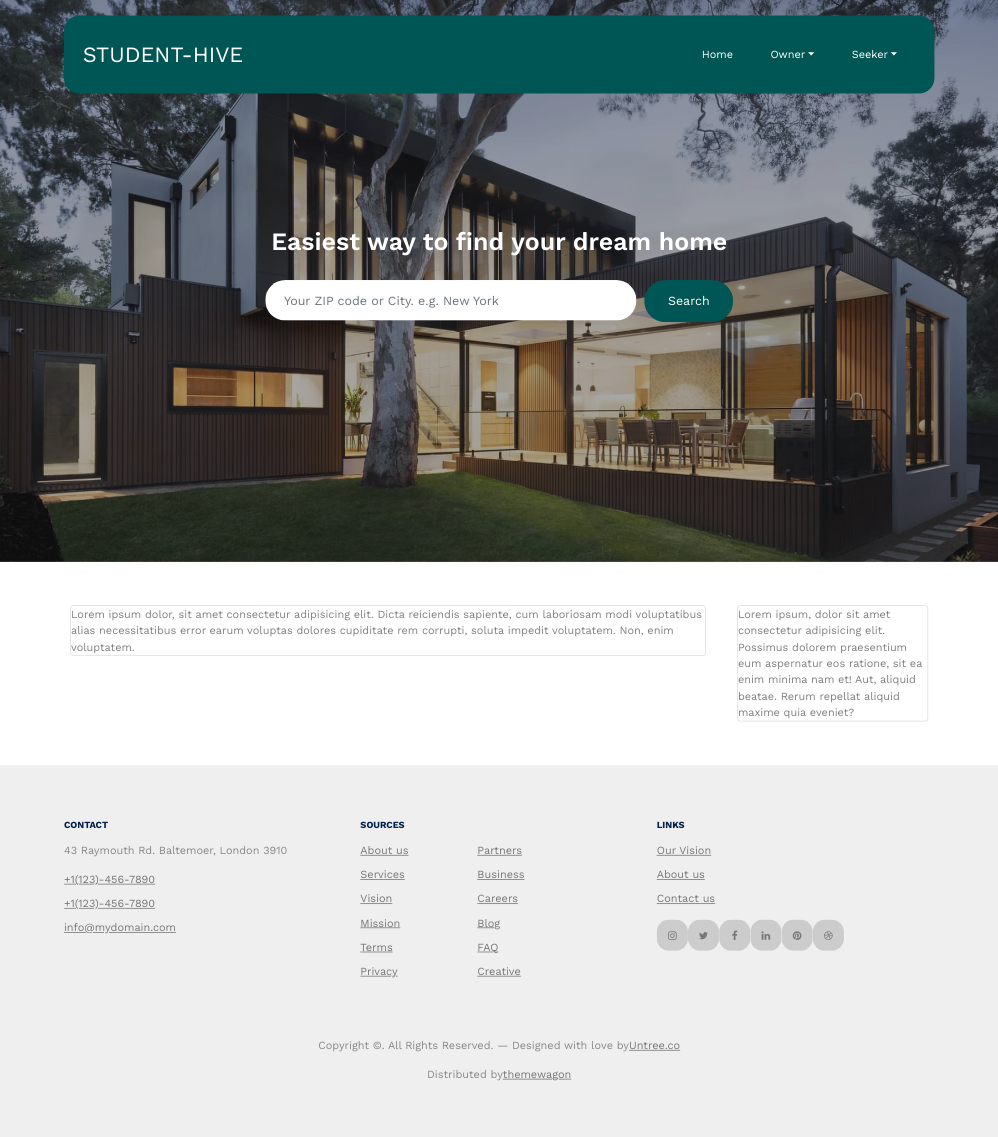
Repository: Farhan0021/Rentalproject
Page: /details (app in front/)
An editor plug-in stored every save of this project. The page is shown before and after the next save, followed by the edit.
The browser window is 1280 px wide. The pictures show the whole page, at 78% of full size.
The project was rebuilt for these pictures with package versions that can differ from the ones it lists, and the page was loaded fresh each time. Also part of the build but not shown: front/vite.config.js, front/src/pages/Home.jsx, front/src/pages/seekers/Login.jsx, front/src/schema/SeekerSignupSchema.jsx, front/src/pages/seekers/Signup.jsx, front/src/pages/owner/Login.jsx, front/src/schema/OwnerSignupSchema.jsx, front/src/pages/owner/Signup.jsx.

Above is the page before, as saved 2025-04-30 22:20:14.
Console error: TypeError: Cannot read properties of null (reading 'style')

### front/index.html
<!doctype html>
<html lang="en">
  <head>
    <meta charset="UTF-8" />
    <link rel="icon" type="image/svg+xml" href="/vite.svg" />
    <meta name="viewport" content="width=device-width, initial-scale=1.0" />
    <title>Vite + React</title>
    <link rel="preconnect" href="https://fonts.googleapis.com" />
    <link rel="preconnect" href="https://fonts.gstatic.com" crossorigin />
    <link
      href="https://fonts.googleapis.com/css2?family=Work+Sans:wght@400;500;600;700&display=swap"
      rel="stylesheet"
    />

    <link rel="stylesheet" href="/Assets/fonts/icomoon/style.css" />
    <link rel="stylesheet" href="/Assets/fonts/flaticon/font/flaticon.css" />

    <link rel="stylesheet" href="/Assets/css/tiny-slider.css" />
    <link rel="stylesheet" href="/Assets/css/aos.css" />
    <link rel="stylesheet" href="/Assets/css/style.css" />
  </head>
  <body>
    <div id="root"></div>
    <script type="module" src="/src/main.jsx"></script>

    <script src="/Assets/js/bootstrap.bundle.min.js"></script>
    <script src="/Assets/js/tiny-slider.js"></script>
    <script src="/Assets/js/aos.js"></script>
    <script src="/Assets/js/navbar.js"></script>
    <script src="/Assets/js/counter.js"></script>
    <script src="/Assets/js/custom.js"></script>
  </body>
  </body>
</html>

### front/src/main.jsx
import { StrictMode } from 'react'
import { createRoot } from 'react-dom/client'
import App from './App'
import { BrowserRouter } from 'react-router-dom'


createRoot(document.getElementById('root')).render(
  <StrictMode>
    <BrowserRouter>
    <App />
    </BrowserRouter>
  </StrictMode>,
)

### front/src/App.jsx
import React from 'react'
import HeaderNew from './components/HeaderNew'
import Slider from './components/Slider'
import Footer from './components/Footer'
import AllRoutes from './routes/AllRoutes'

const App = () => {
  return (
    <>

    {/* <Header/> */}
    <HeaderNew/>
    <Slider/>
    <AllRoutes/>
    <Footer/>

     </>
  )
}

export default App

### front/src/components/HeaderNew.jsx
import React from'react'
import {NavLink} from 'react-router-dom'

const HeaderNew = () => {
    return (

    <div className="container fixed-top" style={{top:"20px" }}>
     <nav className='navbar navbar-expand-sm navbar-dark bg-green p-4' style={{borderRadius : "20px"}}>
          <NavLink className="navbar-brand" style={{fontSize : "28px"}} to='/'>STUDENT-HIVE</NavLink>
              <button className='navbar-toggler' data-bs-toggle="collapse" data-bs-target="#menu">
                 <span className='navbar-toggler-icon'></span>
              </button>
         <div className='collapse navbar-collapse justify-content-end' id='menu'>
             <ul className='nav navbar-nav'>

                  <li className='nav-item '>
                     <NavLink className="nav-link px-4 " to="/">Home</NavLink>
                    </li>
                <li className='nav-item dropdown'>
                        <a data-bs-toggle="dropdown" className="nav-link px-4 dropdown-toggle" href="#">Owner</a>
                        <div className="dropdown-menu" >
                            <NavLink className="dropdown-item" to="/owner/login">Login</NavLink>
                            <NavLink className="dropdown-item" to="/owner/signup">SignUp</NavLink>
                        </div>

                    </li>


                    <li className='nav-item dropdown'>
                        <a data-bs-toggle="dropdown" className="nav-link px-4 dropdown-toggle" href="#">Seeker</a>
                        <div className="dropdown-menu" >
                            <NavLink className="dropdown-item" to="/seeker/login">Login</NavLink>
                            <NavLink className="dropdown-item" to="/seeker/signup">SignUp</NavLink>
                        </div>

                    </li>


                </ul>
             </div>

             </nav>
       </div>
    )
}

export default HeaderNew

### front/src/components/Slider.jsx
import React from 'react'

const Slider = () => {
    return (
        <div className="hero">
        <div className="hero-slide">
          <div
            className="img overlay"
            style={{backgroundImage: "url('/Assets/images/hero_bg_3.jpg')"}}
          ></div>

        </div>

        <div className="container">
          <div className="row justify-content-center align-items-center">
            <div className="col-lg-9 text-center">
              <h1 className="heading" data-aos="fade-up">
                Easiest way to find your dream home
              </h1>
              <form
                action="#"
                className="narrow-w form-search d-flex align-items-stretch mb-3"
                data-aos="fade-up"
                data-aos-delay="200"
              >
                <input
                  type="text"
                  className="form-control px-4"
                  placeholder="Your ZIP code or City. e.g. New York"
                />
                <button type="submit" className="btn btn-primary">Search</button>
              </form>
            </div>
          </div>
        </div>
      </div>

    )
}
export default Slider

### front/src/components/Footer.jsx
import React from 'react'

const Footer = () => {
    return (
        <div className="site-footer">
        <div className="container">
          <div className="row">
            <div className="col-lg-4">
              <div className="widget">
                <h3>Contact</h3>
                <address>43 Raymouth Rd. Baltemoer, London 3910</address>
                <ul className="list-unstyled links">
                  <li><a href="tel://11234567890">+1(123)-456-7890</a></li>
                  <li><a href="tel://11234567890">+1(123)-456-7890</a></li>
                  <li>
                    <a href="mailto:info@mydomain.com">info@mydomain.com</a>
                  </li>
                </ul>
              </div>

            </div>

            <div className="col-lg-4">
              <div className="widget">
                <h3>Sources</h3>
                <ul className="list-unstyled float-start links">
                  <li><a href="#">About us</a></li>
                  <li><a href="#">Services</a></li>
                  <li><a href="#">Vision</a></li>
                  <li><a href="#">Mission</a></li>
                  <li><a href="#">Terms</a></li>
                  <li><a href="#">Privacy</a></li>
                </ul>
                <ul className="list-unstyled float-start links">
                  <li><a href="#">Partners</a></li>
                  <li><a href="#">Business</a></li>
                  <li><a href="#">Careers</a></li>
                  <li><a href="#">Blog</a></li>
                  <li><a href="#">FAQ</a></li>
                  <li><a href="#">Creative</a></li>
                </ul>
              </div>

            </div>

            <div className="col-lg-4">
              <div className="widget">
                <h3>Links</h3>
                <ul className="list-unstyled links">
                  <li><a href="#">Our Vision</a></li>
                  <li><a href="#">About us</a></li>
                  <li><a href="#">Contact us</a></li>
                </ul>

                <ul className="list-unstyled social">
                  <li>
                    <a href="#"><span className="icon-instagram"></span></a>
                  </li>
                  <li>
                    <a href="#"><span className="icon-twitter"></span></a>
                  </li>
                  <li>
                    <a href="#"><span className="icon-facebook"></span></a>
                  </li>
                  <li>
                    <a href="#"><span className="icon-linkedin"></span></a>
                  </li>
                  <li>
                    <a href="#"><span className="icon-pinterest"></span></a>
                  </li>
                  <li>
                    <a href="#"><span className="icon-dribbble"></span></a>
                  </li>
                </ul>
              </div>

            </div>

          </div>


          <div className="row mt-5">
            <div className="col-12 text-center">


              <p>
                Copyright &copy;
                <script>
                  document.write(new Date().getFullYear());
                </script>
                . All Rights Reserved. &mdash; Designed with love by
                <a href="https://untree.co">Untree.co</a>

              </p>
              <div>
                Distributed by
                <a href="https://themewagon.com/" target="_blank">themewagon</a>
              </div>
            </div>
          </div>
        </div>

      </div>

    )
}
export default Footer

### front/src/routes/AllRoutes.jsx
import React from 'react'
import { Routes, Route } from 'react-router-dom'
import {
    Home,
SeekerLogin,
SeekerSignup,
OwnerLogin,
OwnerSignup,
Details
} from '../pages'

const AllRoutes = () => {
    return(
        <>
        <Routes>
            <Route path='' element= { <Home/>}/>
            <Route path='details' element={<Details/>}/>
            <Route path='seeker/login' element={<SeekerLogin/>}/>
            <Route path='seeker/Signup' element={<SeekerSignup/>}/>

            <Route path='owner/Login' element={<OwnerLogin/>}/>
            <Route path='owner/Signup' element={<OwnerSignup/>}/>
        </Routes>

     </>

    )
}
export default AllRoutes

### front/src/pages/index.jsx
import Home from "./Home";
import SeekerLogin from "./seekers/Login"
import SeekerSignup from "./seekers/Signup";
import OwnerLogin from "./owner/Login"
import OwnerSignup from "./owner/Signup"
import Details from "./Details";

export {Home,Details,SeekerLogin,SeekerSignup,OwnerLogin,OwnerSignup};

### front/src/pages/Details.jsx
import React from 'react'

const Details = () => {
    return (
        <div className="container my-5">
            <div className="row">
                <div className="col-md-9 ">
                    <div className="card m-2">
                        Lorem ipsum dolor, sit amet consectetur adipisicing elit. Dicta reiciendis sapiente, cum laboriosam modi voluptatibus alias necessitatibus error earum voluptas dolores cupiditate rem corrupti, soluta impedit voluptatem. Non, enim voluptatem.
                    </div>
                </div>
                <div className="col-md-3">
                    <div className="card m-2">
                        Lorem ipsum, dolor sit amet consectetur adipisicing elit. Possimus dolorem praesentium eum aspernatur eos ratione, sit ea enim minima nam et! Aut, aliquid beatae. Rerum repellat aliquid maxime quia eveniet?
                    </div>
                </div>
            </div>
        </div>
    )
}

export default Details

### front/public/Assets/css/tiny-slider.css
.tns-outer{padding:0 !important}.tns-outer [hidden]{display:none !important}.tns-outer [aria-controls],.tns-outer [data-action]{cursor:pointer}.tns-slider{-webkit-transition:all 0s;-moz-transition:all 0s;transition:all 0s}.tns-slider>.tns-item{-webkit-box-sizing:border-box;-moz-box-sizing:border-box;box-sizing:border-box}.tns-horizontal.tns-subpixel{white-space:nowrap}.tns-horizontal.tns-subpixel>.tns-item{display:inline-block;vertical-align:top;white-space:normal}.tns-horizontal.tns-no-subpixel:after{content:'';display:table;clear:both}.tns-horizontal.tns-no-subpixel>.tns-item{float:left}.tns-horizontal.tns-carousel.tns-no-subpixel>.tns-item{margin-right:-100%}.tns-no-calc{position:relative;left:0}.tns-gallery{position:relative;left:0;min-height:1px}.tns-gallery>.tns-item{position:absolute;left:-100%;-webkit-transition:transform 0s, opacity 0s;-moz-transition:transform 0s, opacity 0s;transition:transform 0s, opacity 0s}.tns-gallery>.tns-slide-active{position:relative;left:auto !important}.tns-gallery>.tns-moving{-webkit-transition:all 0.25s;-moz-transition:all 0.25s;transition:all 0.25s}.tns-autowidth{display:inline-block}.tns-lazy-img{-webkit-transition:opacity 0.6s;-moz-transition:opacity 0.6s;transition:opacity 0.6s;opacity:0.6}.tns-lazy-img.tns-complete{opacity:1}.tns-ah{-webkit-transition:height 0s;-moz-transition:height 0s;transition:height 0s}.tns-ovh{overflow:hidden}.tns-visually-hidden{position:absolute;left:-10000em}.tns-transparent{opacity:0;visibility:hidden}.tns-fadeIn{opacity:1;filter:alpha(opacity=100);z-index:0}.tns-normal,.tns-fadeOut{opacity:0;filter:alpha(opacity=0);z-index:-1}.tns-vpfix{white-space:nowrap}.tns-vpfix>div,.tns-vpfix>li{display:inline-block}.tns-t-subp2{margin:0 auto;width:310px;position:relative;height:10px;overflow:hidden}.tns-t-ct{width:2333.3333333%;width:-webkit-calc(100% * 70 / 3);width:-moz-calc(100% * 70 / 3);width:calc(100% * 70 / 3);position:absolute;right:0}.tns-t-ct:after{content:'';display:table;clear:both}.tns-t-ct>div{width:1.4285714%;width:-webkit-calc(100% / 70);width:-moz-calc(100% / 70);width:calc(100% / 70);height:10px;float:left}

### front/public/Assets/js/navbar.js
(function(){

	'use strict'


	var siteMenuClone = function() {
		var jsCloneNavs = document.querySelectorAll('.js-clone-nav');
		var siteMobileMenuBody = document.querySelector('.site-mobile-menu-body');



		jsCloneNavs.forEach(nav => {
			var navCloned = nav.cloneNode(true);
			navCloned.setAttribute('class', 'site-nav-wrap');
			siteMobileMenuBody.appendChild(navCloned);
		});

		setTimeout(function(){

			var hasChildrens = document.querySelector('.site-mobile-menu').querySelectorAll(' .has-children');

			var counter = 0;
			hasChildrens.forEach( hasChild => {

				var refEl = hasChild.querySelector('a');

				var newElSpan = document.createElement('span');
				newElSpan.setAttribute('class', 'arrow-collapse collapsed');

				// prepend equivalent to jquery
				hasChild.insertBefore(newElSpan, refEl);

				var arrowCollapse = hasChild.querySelector('.arrow-collapse');
				arrowCollapse.setAttribute('data-bs-toggle', 'collapse');
				arrowCollapse.setAttribute('data-bs-target', '#collapseItem' + counter);

				var dropdown = hasChild.querySelector('.dropdown');
				dropdown.setAttribute('class', 'collapse');
				dropdown.setAttribute('id', 'collapseItem' + counter);

				counter++;
			});

		}, 1000);


		// Click js-menu-toggle

		var menuToggle = document.querySelectorAll(".js-menu-toggle");
		var mTog;
		menuToggle.forEach(mtoggle => {
			mTog = mtoggle;
			mtoggle.addEventListener("click", (e) => {
				if ( document.body.classList.contains('offcanvas-menu') ) {
					document.body.classList.remove('offcanvas-menu');
					mtoggle.classList.remove('active');
					mTog.classList.remove('active');
				} else {
					document.body.classList.add('offcanvas-menu');
					mtoggle.classList.add('active');
					mTog.classList.add('active');
				}
			});
		})



		var specifiedElement = document.querySelector(".site-mobile-menu");
		var mt, mtoggleTemp;
		// document.addEventListener('click', function(event) {
		// 	var isClickInside = specifiedElement.contains(event.target);
		// 	menuToggle.forEach(mtoggle => {
		// 		mtoggleTemp = mtoggle
		// 		mt = mtoggle.contains(event.target);
		// 	})

		// 	if (!isClickInside && !mt) {
		// 		if ( document.body.classList.contains('offcanvas-menu') ) {
		// 			document.body.classList.remove('offcanvas-menu');
		// 			mtoggleTemp.classList.remove('active');
		// 		}
		// 	}

		// });

	};
	siteMenuClone();


})()

### front/public/Assets/js/counter.js
(function () {

	'use trict';
// How long you want the animation to take, in ms
const animationDuration = 2000;
// Calculate how long each ‘frame’ should last if we want to update the animation 60 times per second
const frameDuration = 1000 / 60;
// Use that to calculate how many frames we need to complete the animation
const totalFrames = Math.round( animationDuration / frameDuration );
// An ease-out function that slows the count as it progresses
const easeOutQuad = t => t * ( 2 - t );


const numberWithCommas = n => {
	return n.toString().replace(/\B(?=(\d{3})+(?!\d))/g, ',');
}

// The animation function, which takes an Element
const animateCountUp = el => {
	let frame = 0;
	const countTo = parseInt( el.innerHTML, 10 );
	// Start the animation running 60 times per second
	const counter = setInterval( () => {
		frame++;
		// Calculate our progress as a value between 0 and 1
		// Pass that value to our easing function to get our
		// progress on a curve
		const progress = easeOutQuad( frame / totalFrames );
		// Use the progress value to calculate the current count
		const currentCount = Math.round( countTo * progress );

		// If the current count has changed, update the element
		if ( parseInt( el.innerHTML, 10 ) !== currentCount ) {
			el.innerHTML = numberWithCommas(currentCount);
		}

		// If we’ve reached our last frame, stop the animation
		if ( frame === totalFrames ) {
			clearInterval( counter );
		}
	}, frameDuration );
};

// Run the animation on all elements with a class of ‘countup’
const runAnimations = () => {
	const countupEls = document.querySelectorAll( '.countup' );
	countupEls.forEach( animateCountUp );
};




// In Viewed
var elements;
var windowHeight;

function init() {
	elements = document.querySelectorAll('.section-counter');
	windowHeight = window.innerHeight;
}

function checkPosition() {
	var i;
	for (i = 0; i < elements.length; i++) {
		var element = elements[i];
		var positionFromTop = elements[i].getBoundingClientRect().top;
		if (positionFromTop - windowHeight <= 0) {
			if( !element.classList.contains('viewed') ) {
				element.classList.add('viewed');
				runAnimations();
			} else {
				if ( element.classList.contains('viewed') ) {

				}
			}

		}
	}
}

window.addEventListener('scroll', checkPosition);
window.addEventListener('resize', init);

init();
checkPosition();


})()

### front/public/Assets/js/custom.js
(function () {

	'use strict'


	AOS.init({
		duration: 800,
		easing: 'slide',
		once: true
	});

	var preloader = function() {

		var loader = document.querySelector('.loader');
		var overlay = document.getElementById('overlayer');

		function fadeOut(el) {
			el.style.opacity = 1;
			(function fade() {
				if ((el.style.opacity -= .1) < 0) {
					el.style.display = "none";
				} else {
					requestAnimationFrame(fade);
				}
			})();
		};

		setTimeout(function() {
			fadeOut(loader);
			fadeOut(overlay);
		}, 200);
	};
	preloader();


	var tinySdlier = function() {

		var heroSlider = document.querySelectorAll('.hero-slide');
		var propertySlider = document.querySelectorAll('.property-slider');
		var imgPropertySlider = document.querySelectorAll('.img-property-slide');
		var testimonialSlider = document.querySelectorAll('.testimonial-slider');


		if ( heroSlider.length > 0 ) {
			var tnsHeroSlider = tns({
				container: '.hero-slide',
				mode: 'carousel',
				speed: 700,
				autoplay: true,
				controls: false,
				nav: false,
				autoplayButtonOutput: false,
				controlsContainer: '#hero-nav',
			});
		}


		if ( imgPropertySlider.length > 0 ) {
			var tnsPropertyImageSlider = tns({
				container: '.img-property-slide',
				mode: 'carousel',
				speed: 700,
				items: 1,
				gutter: 30,
				autoplay: true,
				controls: false,
				nav: true,
				autoplayButtonOutput: false
			});
		}

		if ( propertySlider.length> 0 ) {
			var tnsSlider = tns({
				container: '.property-slider',
				mode: 'carousel',
				speed: 700,
				gutter: 30,
				items: 3,
				autoplay: true,
				autoplayButtonOutput: false,
				controlsContainer: '#property-nav',
				responsive: {
					0: {
						items: 1
					},
					700: {
						items: 2
					},
					900: {
						items: 3
					}
				}
			});
		}


		if ( testimonialSlider.length> 0 ) {
			var tnsSlider = tns({
				container: '.testimonial-slider',
				mode: 'carousel',
				speed: 700,
				items: 3,
				gutter: 50,
				autoplay: true,
				autoplayButtonOutput: false,
				controlsContainer: '#testimonial-nav',
				responsive: {
					0: {
						items: 1
					},
					700: {
						items: 2
					},
					900: {
						items: 3
					}
				}
			});
		}
	}
	tinySdlier();



})()

Loaded but not shown: front/public/Assets/fonts/icomoon/style.css (common file); front/public/Assets/fonts/flaticon/font/flaticon.css (common file); front/public/Assets/css/aos.css (library); front/public/Assets/css/style.css (library); front/public/Assets/js/bootstrap.bundle.min.js (library); front/public/Assets/js/aos.js (library); front/public/Assets/js/tiny-slider.js (3208 lines, source omitted)

After the next save:
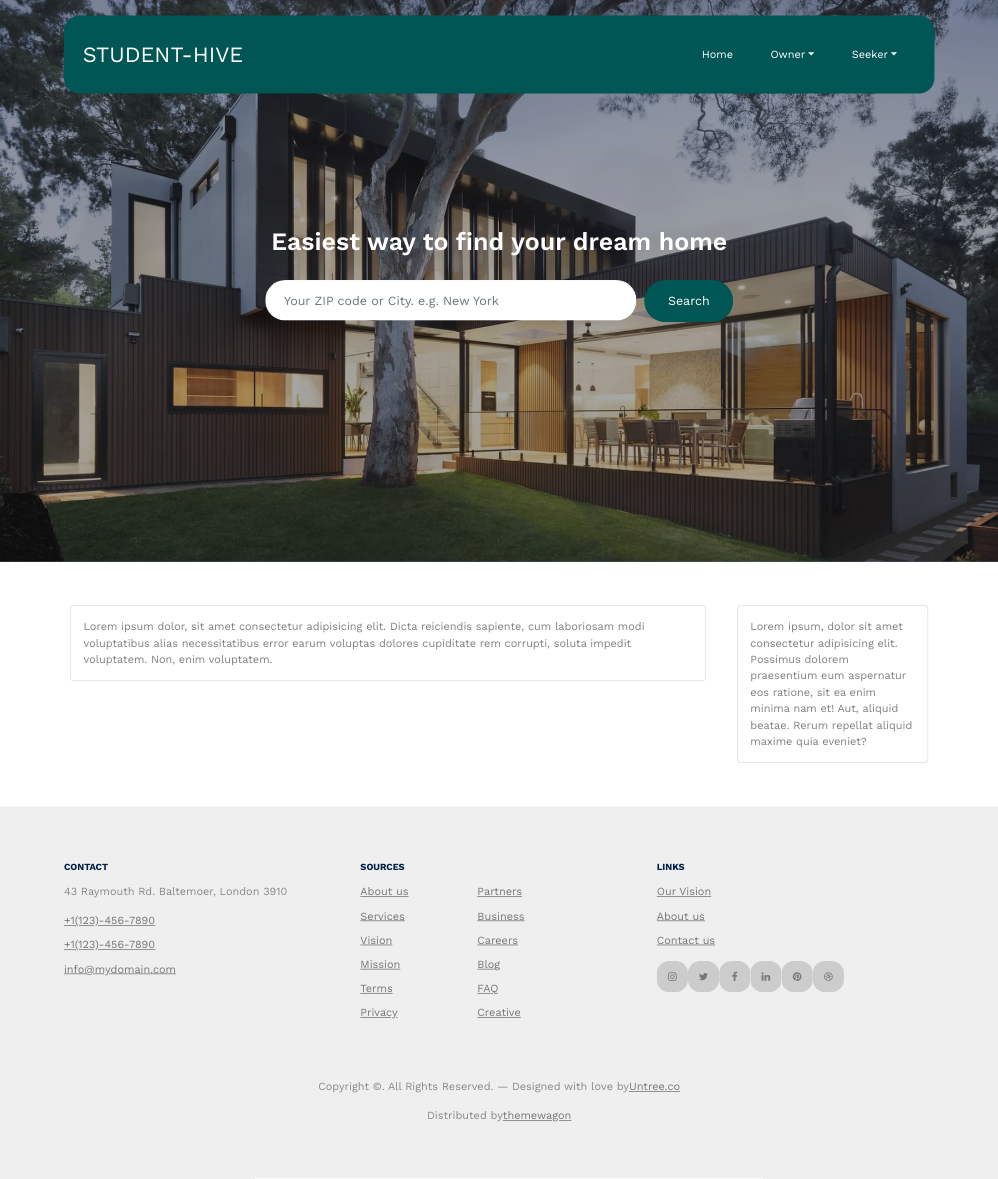
Saved 42 s later.
--- a/front/src/pages/Details.jsx
+++ b/front/src/pages/Details.jsx
@@ -5,12 +5,12 @@ const Details = () => {
         <div className="container my-5">
             <div className="row">
                 <div className="col-md-9 ">
-                    <div className="card m-2">
+                    <div className="card m-2 p-3">
                         Lorem ipsum dolor, sit amet consectetur adipisicing elit. Dicta reiciendis sapiente, cum laboriosam modi voluptatibus alias necessitatibus error earum voluptas dolores cupiditate rem corrupti, soluta impedit voluptatem. Non, enim voluptatem.
                     </div>
                 </div>
                 <div className="col-md-3">
-                    <div className="card m-2">
+                    <div className="card m-2 p-3">
                         Lorem ipsum, dolor sit amet consectetur adipisicing elit. Possimus dolorem praesentium eum aspernatur eos ratione, sit ea enim minima nam et! Aut, aliquid beatae. Rerum repellat aliquid maxime quia eveniet?
                     </div>
                 </div>
